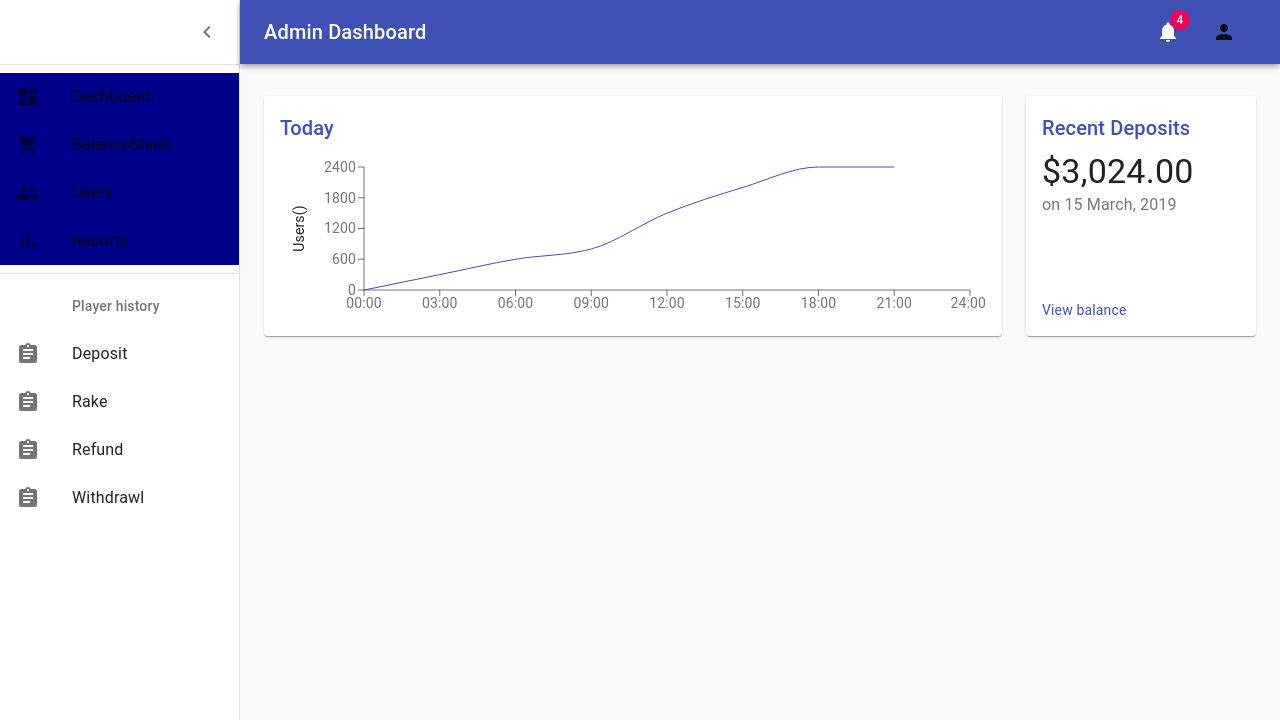
Repository: imayankbisht/ludofrontend
Page: /Dashboard
An editor plug-in stored every save of this project. The page is shown before and after the next save, followed by the edit.
The browser window is 1280 px wide. The pictures show the whole page.
The project was rebuilt for these pictures with package versions that can differ from the ones it lists, and the page was loaded fresh each time. Also part of the build but not shown: src/axios.js, src/components/login.js.

Above is the page before, as saved 2021-01-16 14:07:47.

### src/App.js
import React from 'react';
import './App.css';
import {
  BrowserRouter as Router,
  Switch,
  Route,
 Redirect
} from "react-router-dom";
// import SignInOutContainer from './containers';
import Dashboard from './components/Dashboard';
import Login from './components/login';
 function App() {
  return (
    <div className="App">
  <Router >
    <Switch>
      <Route path="/login" component={Login} />
      <Route path="/Dashboard" component={Dashboard} />
      <Redirect from="/" to="/login" />
    </Switch>
  </Router>
      </div>
  );
}


export default App;

### src/App.css
.App {
  /* text-align: center; */

}

.App-logo {
  height: 40vmin;
  pointer-events: none;
}

@media (prefers-reduced-motion: no-preference) {
  .App-logo {
    animation: App-logo-spin infinite 20s linear;
  }
}

.App-header {
  background-color: #282c34;
  min-height: 100vh;
  display: flex;
  flex-direction: column;
  align-items: center;
  justify-content: center;
  font-size: calc(10px + 2vmin);
  color: white;
}

.App-link {
  color: #61dafb;
}

@keyframes App-logo-spin {
  from {
    transform: rotate(0deg);
  }
  to {
    transform: rotate(360deg);
  }
}

### src/components/Dashboard.js
import React from 'react';
import clsx from 'clsx';
import { makeStyles } from '@material-ui/core/styles';
import CssBaseline from '@material-ui/core/CssBaseline';
import Drawer from '@material-ui/core/Drawer';
import Box from '@material-ui/core/Box';
import AppBar from '@material-ui/core/AppBar';
import Toolbar from '@material-ui/core/Toolbar';
import List from '@material-ui/core/List';
import Typography from '@material-ui/core/Typography';
import Divider from '@material-ui/core/Divider';
import IconButton from '@material-ui/core/IconButton';
import Badge from '@material-ui/core/Badge';
import Container from '@material-ui/core/Container';
import Grid from '@material-ui/core/Grid';
import Paper from '@material-ui/core/Paper';
// import Link from '@material-ui/core/Link';
import MenuIcon from '@material-ui/icons/Menu';
import ChevronLeftIcon from '@material-ui/icons/ChevronLeft';
import NotificationsIcon from '@material-ui/icons/Notifications';
import { mainListItems, secondaryListItems } from './listItems';
import Chart from './Chart';
import Deposits from './Deposits';
import MenuItem from "@material-ui/core/MenuItem";
import MenuList from "@material-ui/core/MenuList";
import Hidden from "@material-ui/core/Hidden";
import Grow from "@material-ui/core/Grow";
import Poppers from "@material-ui/core/Popper";
import ClickAwayListener from "@material-ui/core/ClickAwayListener";
import Person from "@material-ui/icons/Person";
import classNames from "classnames";
import Button from "@material-ui/core/Button";
import {Link} from 'react-router-dom';

const drawerWidth = 240;

const useStyles = makeStyles((theme) => ({
  root: {
    display: 'flex',
  },
  toolbar: {
    paddingRight: 24, // keep right padding when drawer closed
  },
  toolbarIcon: {
    display: 'flex',
    alignItems: 'center',
    justifyContent: 'flex-end',
    padding: '0 8px',
    ...theme.mixins.toolbar,
  },
  appBar: {
    zIndex: theme.zIndex.drawer + 1,
    transition: theme.transitions.create(['width', 'margin'], {
      easing: theme.transitions.easing.sharp,
      duration: theme.transitions.duration.leavingScreen,
    }),
  },
  appBarShift: {
    marginLeft: drawerWidth,
    width: `calc(100% - ${drawerWidth}px)`,
    transition: theme.transitions.create(['width', 'margin'], {
      easing: theme.transitions.easing.sharp,
      duration: theme.transitions.duration.enteringScreen,
    }),
  },
  menuButton: {
    marginRight: 36,
  },
  menuButtonHidden: {
    display: 'none',
  },
  title: {
    flexGrow: 1,
  },
  drawerPaper: {
    position: 'relative',
    whiteSpace: 'nowrap',
    width: drawerWidth,
    transition: theme.transitions.create('width', {
      easing: theme.transitions.easing.sharp,
      duration: theme.transitions.duration.enteringScreen,
    }),
  },
  drawerPaperClose: {
    overflowX: 'hidden',
    transition: theme.transitions.create('width', {
      easing: theme.transitions.easing.sharp,
      duration: theme.transitions.duration.leavingScreen,
    }),
    width: theme.spacing(7),
    [theme.breakpoints.up('sm')]: {
      width: theme.spacing(9),
    },
  },
  appBarSpacer: theme.mixins.toolbar,
  content: {
    flexGrow: 1,
    height: '100vh',
    overflow: 'auto',
  },
  container: {
    paddingTop: theme.spacing(4),
    paddingBottom: theme.spacing(4),
  },
  paper: {
    padding: theme.spacing(2),
    display: 'flex',
    overflow: 'auto',
    flexDirection: 'column',
  },
  fixedHeight: {
    height: 240,
  },
}));

 function Dashboard() {
  const classes = useStyles();
  const [open, setOpen] = React.useState(true);
  const [openProfile, setOpenProfile] = React.useState(null);
  const handleClickProfile = event => {
    if (openProfile && openProfile.contains(event.target)) {
      setOpenProfile(null);
    } else {
      setOpenProfile(event.currentTarget);
    }
  };
  const handleCloseProfile = () => {
    setOpenProfile(null);
  };
  const handleDrawerOpen = () => {
    setOpen(true);
  };
  const handleDrawerClose = () => {
    setOpen(false);
  };
  const fixedHeightPaper = clsx(classes.paper, classes.fixedHeight);

  return (
    <div className={classes.root}>
      <CssBaseline />
      <AppBar position="absolute" className={clsx(classes.appBar, open && classes.appBarShift)}>
        <Toolbar className={classes.toolbar}>
          <IconButton
            edge="start"
            color="inherit"
            aria-label="open drawer"
            onClick={handleDrawerOpen}
            className={clsx(classes.menuButton, open && classes.menuButtonHidden)}
          >
            <MenuIcon />
          </IconButton>
          <Typography component="h1" variant="h6" color="inherit" noWrap className={classes.title}>
          Admin Dashboard
          </Typography>
          <IconButton color="inherit">
            <Badge badgeContent={4} color="secondary">
              <NotificationsIcon />
            </Badge>
          </IconButton>
          <Button
          color={window.innerWidth > 959 ? "transparent" : "white"}
          justIcon={window.innerWidth > 959}
          simple={!(window.innerWidth > 959)}
          aria-owns={openProfile ? "profile-menu-list-grow" : null}
          aria-haspopup="true"
          onClick={handleClickProfile}
          className={classes.buttonLink}
        >
          <Person className={classes.icons} />
          <Hidden mdUp implementation="css">
            <p className={classes.linkText}>Profile</p>
          </Hidden>
        </Button>
        <Poppers
          open={Boolean(openProfile)}
          anchorEl={openProfile}
          transition
          disablePortal
          className={
            classNames({ [classes.popperClose]: !openProfile }) +
            " " +
            classes.popperNav
          }
        >
          {({ TransitionProps, placement }) => (
            <Grow
              {...TransitionProps}
              id="profile-menu-list-grow"
              style={{
                transformOrigin:
                  placement === "bottom" ? "center top" : "center bottom"
              }}
            >
              <Paper>
                <ClickAwayListener onClickAway={handleCloseProfile}>
                  <MenuList role="menu">
                    <MenuItem
                      onClick={handleCloseProfile}
                      className={classes.dropdownItem}
                    >
                      Profile
                    </MenuItem>
                    <MenuItem
                      onClick={handleCloseProfile}
                      className={classes.dropdownItem}
                    >
                      Settings
                    </MenuItem>
                    <Divider light />
                    <Link to="login">
                    <MenuItem
                      onClick={handleCloseProfile}
                      className={classes.dropdownItem}
                    >
                      Logout
                    </MenuItem>
                    </Link>
                  </MenuList>
                </ClickAwayListener>
              </Paper>
            </Grow>
          )}
        </Poppers>
        </Toolbar>
      </AppBar>
      <Drawer
        variant="permanent"
        classes={{
          paper: clsx(classes.drawerPaper, !open && classes.drawerPaperClose),
        }}
        open={open}
      >
        <div className={classes.toolbarIcon}>
          <IconButton onClick={handleDrawerClose}>
            <ChevronLeftIcon />
          </IconButton>
        </div>
        <Divider />
        <List>{mainListItems}</List>
        <Divider />
        <List>{secondaryListItems}</List>
      </Drawer>
      <main className={classes.content}>
        <div className={classes.appBarSpacer} />
        <Container maxWidth="lg" className={classes.container}>
          <Grid container spacing={3}>
            {/* Chart */}
            <Grid item xs={12} md={8} lg={9}>
              <Paper className={fixedHeightPaper}>
                <Chart />
              </Paper>
            </Grid>
            {/* Recent Deposits */}
            <Grid item xs={12} md={4} lg={3}>
              <Paper className={fixedHeightPaper}>
                <Deposits />
              </Paper>
            </Grid>

          </Grid>

        </Container>
      </main>
    </div>
  );
}
export default Dashboard;

### src/components/listItems.js
import React from 'react';
import ListItem from '@material-ui/core/ListItem';
import ListItemIcon from '@material-ui/core/ListItemIcon';
import ListItemText from '@material-ui/core/ListItemText';
import ListSubheader from '@material-ui/core/ListSubheader';
import DashboardIcon from '@material-ui/icons/Dashboard';
import ShoppingCartIcon from '@material-ui/icons/ShoppingCart';
import PeopleIcon from '@material-ui/icons/People';
import BarChartIcon from '@material-ui/icons/BarChart';
import LayersIcon from '@material-ui/icons/Layers';
import AssignmentIcon from '@material-ui/icons/Assignment';
import Box from '@material-ui/core/Box';

export const mainListItems = (
  <div>
   <Box bgcolor="darkblue">
   <ListItem button>
      <ListItemIcon>
        <DashboardIcon />
      </ListItemIcon>
      <ListItemText primary="Dashboard" />
    </ListItem>
    <ListItem button>
      <ListItemIcon>
        <ShoppingCartIcon />
      </ListItemIcon>
      <ListItemText primary="BalanceSheet" />
    </ListItem>
    <ListItem button>
      <ListItemIcon>
        <PeopleIcon />
      </ListItemIcon>
      <ListItemText primary="Users" />
    </ListItem>
    <ListItem button>
      <ListItemIcon>
        <BarChartIcon />
      </ListItemIcon>
      <ListItemText primary="Reports" />
    </ListItem>
   </Box>

  </div>
);

export const secondaryListItems = (
  <div>
    <ListSubheader inset>Player history</ListSubheader>
    <ListItem button>
      <ListItemIcon>
        <AssignmentIcon />
      </ListItemIcon>
      <ListItemText primary="Deposit" />
    </ListItem>
    <ListItem button>
      <ListItemIcon>
        <AssignmentIcon />
      </ListItemIcon>
      <ListItemText primary="Rake" />
    </ListItem>
    <ListItem button>
      <ListItemIcon>
        <AssignmentIcon />
      </ListItemIcon>
      <ListItemText primary="Refund" />
    </ListItem>
    <ListItem button>
      <ListItemIcon>
        <AssignmentIcon />
      </ListItemIcon>
      <ListItemText primary="Withdrawl" />
    </ListItem>
  </div>
);

### src/components/Chart.js
import React from 'react';
import { useTheme } from '@material-ui/core/styles';
import { LineChart, Line, XAxis, YAxis, Label, ResponsiveContainer } from 'recharts';
import Title from './Title';

// Generate Sales Data
function createData(time, amount) {
  return { time, amount };
}

const data = [
  createData('00:00', 0),
  createData('03:00', 300),
  createData('06:00', 600),
  createData('09:00', 800),
  createData('12:00', 1500),
  createData('15:00', 2000),
  createData('18:00', 2400),
  createData('21:00', 2400),
  createData('24:00', undefined),
];

export default function Chart() {
  const theme = useTheme();

  return (
    <React.Fragment>
      <Title>Today</Title>
      <ResponsiveContainer>
        <LineChart
          data={data}
          margin={{
            top: 16,
            right: 16,
            bottom: 0,
            left: 24,
          }}
        >
          <XAxis dataKey="time" stroke={theme.palette.text.secondary} />
          <YAxis stroke={theme.palette.text.secondary}>
            <Label
              angle={270}
              position="left"
              style={{ textAnchor: 'middle', fill: theme.palette.text.primary }}
            >
              Users()
            </Label>
          </YAxis>
          <Line type="monotone" dataKey="amount" stroke={theme.palette.primary.main} dot={false} />
        </LineChart>
      </ResponsiveContainer>
    </React.Fragment>
  );
}

### src/components/Deposits.js
import React from 'react';
import Link from '@material-ui/core/Link';
import { makeStyles } from '@material-ui/core/styles';
import Typography from '@material-ui/core/Typography';
import Title from './Title';

function preventDefault(event) {
  event.preventDefault();
}

const useStyles = makeStyles({
  depositContext: {
    flex: 1,
  },
});

export default function Deposits() {
  const classes = useStyles();
  return (
    <React.Fragment>
      <Title>Recent Deposits</Title>
      <Typography component="p" variant="h4">
        $3,024.00
      </Typography>
      <Typography color="textSecondary" className={classes.depositContext}>
        on 15 March, 2019
      </Typography>
      <div>
        <Link color="primary" href="#" onClick={preventDefault}>
          View balance
        </Link>
      </div>
    </React.Fragment>
  );
}

Loaded but not shown: public/index.html (common file); src/index.js (common file); src/index.css (common file); src/serviceWorker.js (common file); src/components/Title.js (common file)

After the next save:
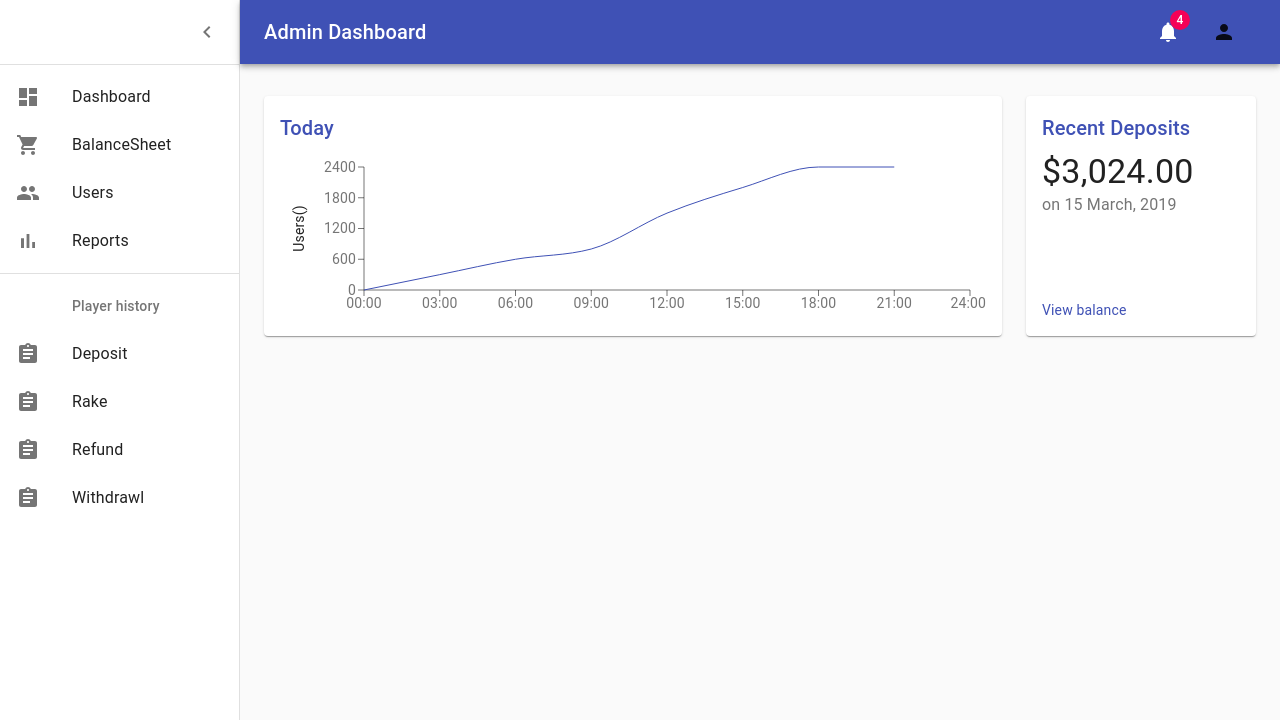
Saved 3 min 56 s later.
--- a/src/components/listItems.js
+++ b/src/components/listItems.js
@@ -13,7 +13,7 @@ import Box from '@material-ui/core/Box';
 
 export const mainListItems = (
   <div>
-   <Box bgcolor="darkblue">
+   <Box bgcolor="dark">
    <ListItem button>
       <ListItemIcon>
         <DashboardIcon />
